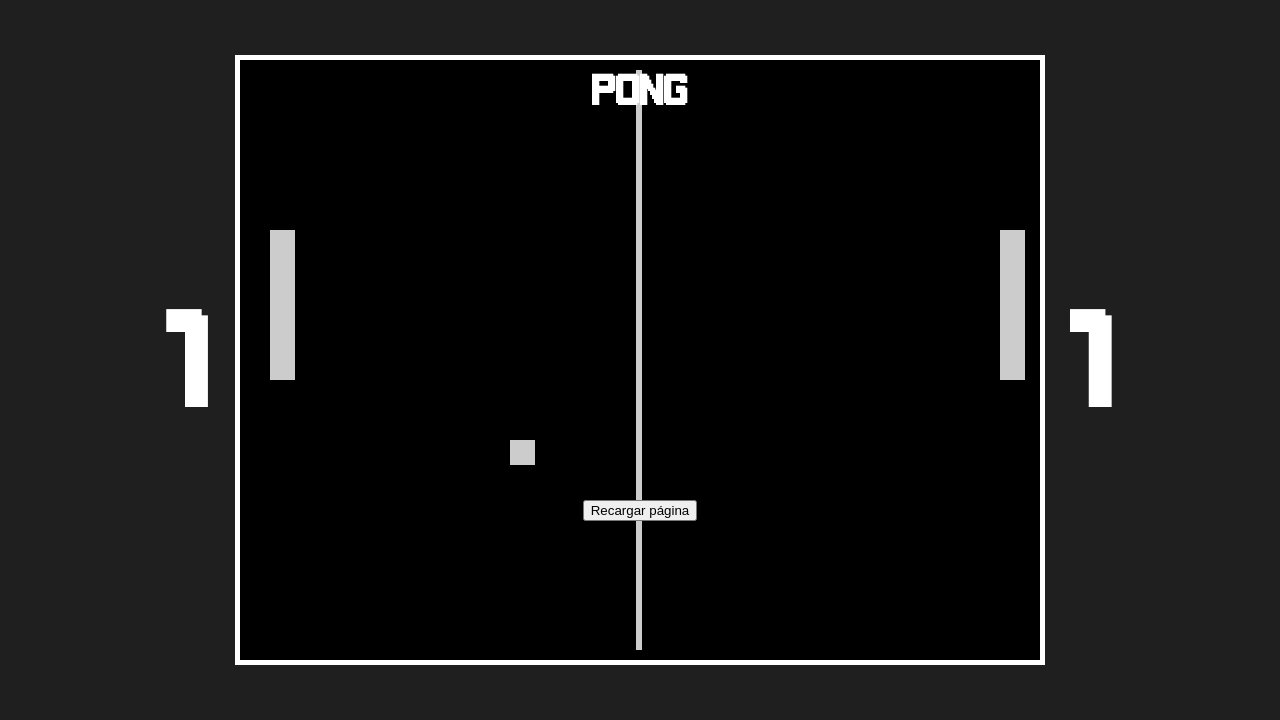
Repository: HaoHanLin7799/TFG
Page: TFG-main/GAMES/PONG/index.html
These files come from the project's save history. The page is drawn as it stood at one moment and after the next save; the edit follows.
The browser window is 1280 px wide. The pictures show the whole page.

Above is the page before, as saved 2026-04-13 23:25:20.

After the next save:
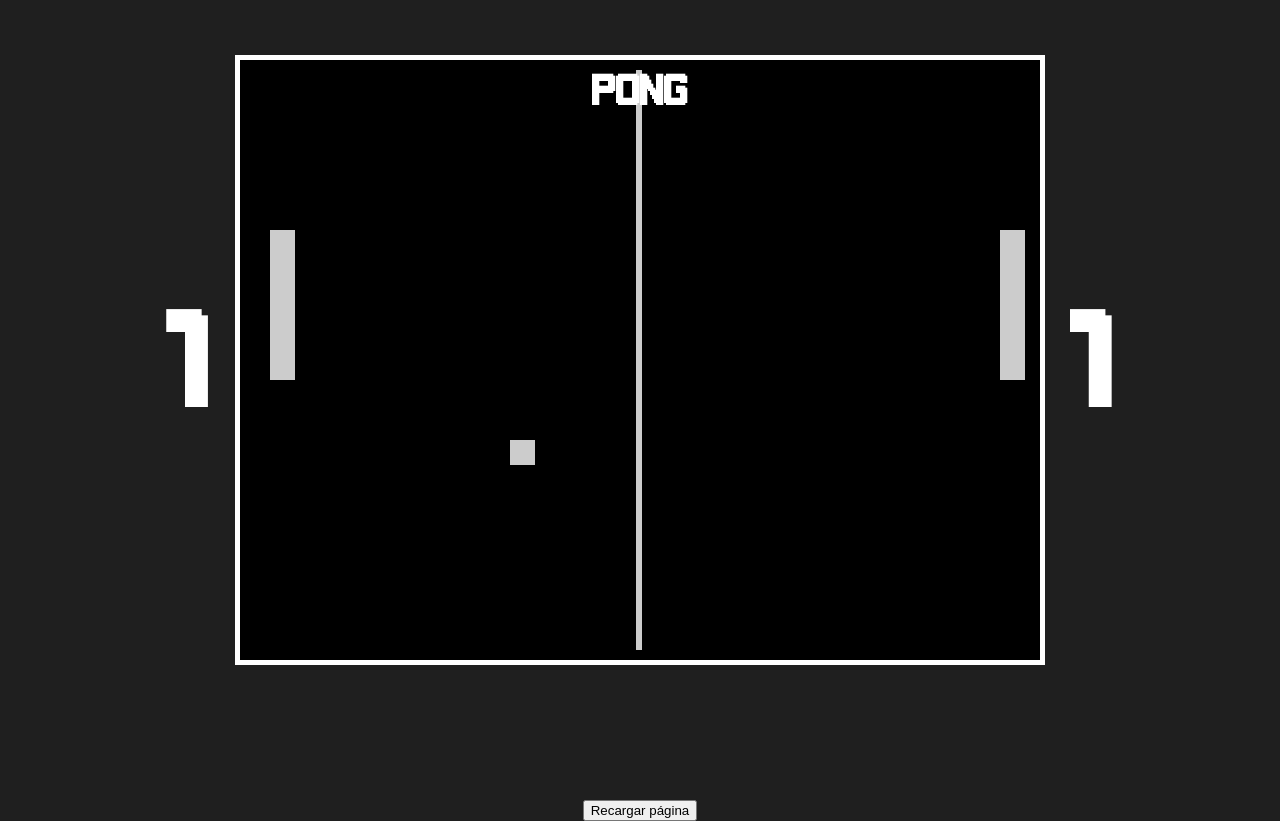
Saved 5 s later.
--- a/TFG-main/GAMES/PONG/style.css
+++ b/TFG-main/GAMES/PONG/style.css
@@ -38,6 +38,6 @@
 }
 #reset{
     position: absolute;
-    top: 500px
+    top: 800px
 
 }
